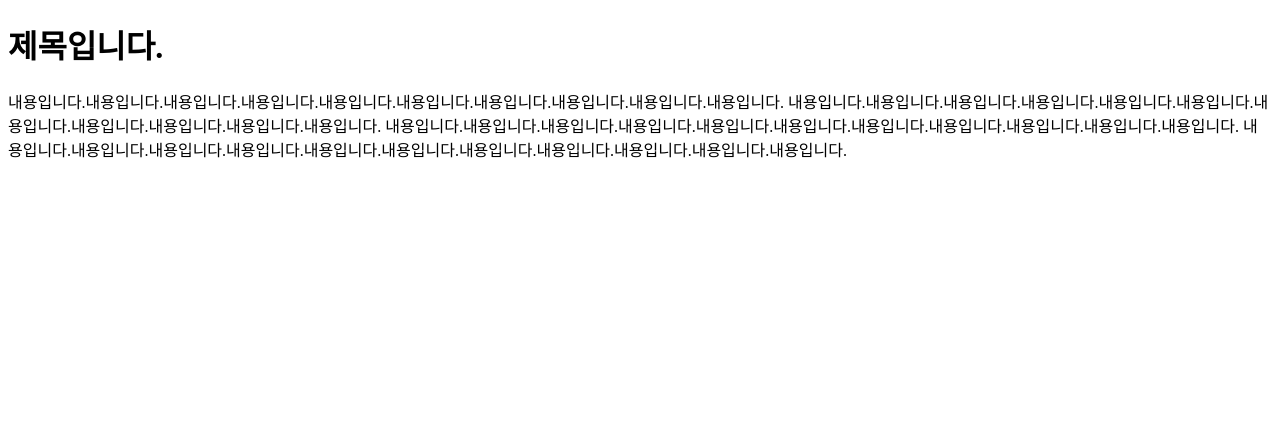
Repository: sinsujung/client
Page: ClientTest/src/main/webapp/html/ex07_heading.html
An editor plug-in stored every save of this project. The page is shown before and after the next save, followed by the edit.
The browser window is 1280 px wide. The pictures show the whole page.

Above is the page before, as saved 2023-09-20 00:24:05.

### ClientTest/src/main/webapp/html/ex07_heading.html
<!DOCTYPE html>
<html>
<head>
<meta charset="UTF-8">
<title>Insert title here</title>
</head>
<body>
<!-- ex07_heading.html -->

<!--

	<hn>, heading
	- 제목 태그
	- 문서내의 제목을 출력하는 태그
	- n: 1~6
	- <h1>,<h2>,<h3>,<h4>,<h5>,<h6>
	- 쌍태그
	- 혼합형
 -->

 <h1>제목입니다.</h1>
 <p>내용입니다.내용입니다.내용입니다.내용입니다.내용입니다.내용입니다.내용입니다.내용입니다.내용입니다.내용입니다.
 내용입니다.내용입니다.내용입니다.내용입니다.내용입니다.내용입니다.내용입니다.내용입니다.내용입니다.내용입니다.내용입니다.
 내용입니다.내용입니다.내용입니다.내용입니다.내용입니다.내용입니다.내용입니다.내용입니다.내용입니다.내용입니다.내용입니다.
 내용입니다.내용입니다.내용입니다.내용입니다.내용입니다.내용입니다.내용입니다.내용입니다.내용입니다.내용입니다.내용입니다.</p>
</body>
</html>

After the next save:
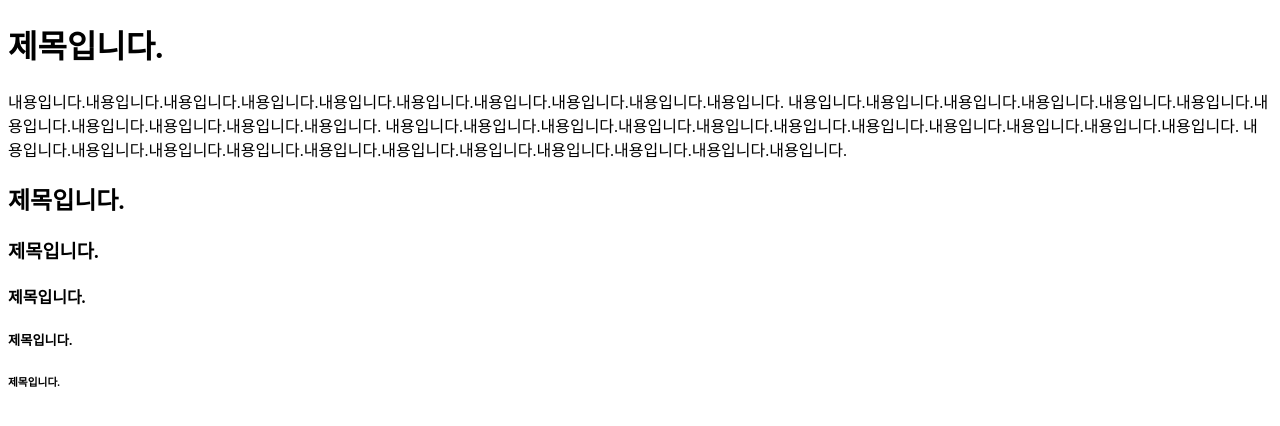
Saved 52 s later.
--- a/ClientTest/src/main/webapp/html/ex07_heading.html
+++ b/ClientTest/src/main/webapp/html/ex07_heading.html
@@ -18,10 +18,20 @@
 	- 혼합형
  -->
 
- <h1>제목입니다.</h1>
- <p>내용입니다.내용입니다.내용입니다.내용입니다.내용입니다.내용입니다.내용입니다.내용입니다.내용입니다.내용입니다.
+ 	<h1>제목입니다.</h1>
+ 	<p>내용입니다.내용입니다.내용입니다.내용입니다.내용입니다.내용입니다.내용입니다.내용입니다.내용입니다.내용입니다.
  내용입니다.내용입니다.내용입니다.내용입니다.내용입니다.내용입니다.내용입니다.내용입니다.내용입니다.내용입니다.내용입니다.
  내용입니다.내용입니다.내용입니다.내용입니다.내용입니다.내용입니다.내용입니다.내용입니다.내용입니다.내용입니다.내용입니다.
  내용입니다.내용입니다.내용입니다.내용입니다.내용입니다.내용입니다.내용입니다.내용입니다.내용입니다.내용입니다.내용입니다.</p>
+
+	<h2>제목입니다.</h2>
+	<h3>제목입니다.</h3>
+	<h4>제목입니다.</h4>
+	<h5>제목입니다.</h5>
+	<h6>제목입니다.</h6>
+
+
+
+
 </body>
 </html>
